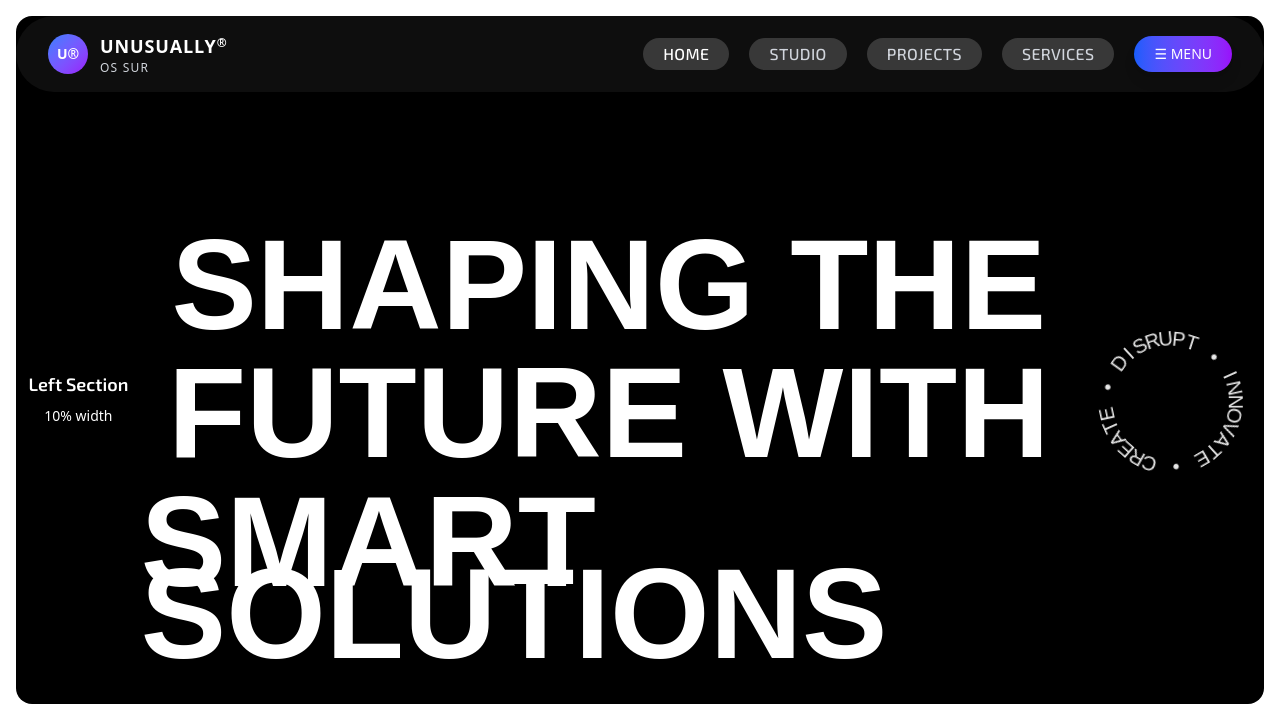
Repository: A-y-u-s-h-29/Digital-Express-India-With-Carrer-Page-And-RazorPay
Page: / (app in op/)
These files come from the project's save history. The page is drawn as it stood at one moment and after the next save; the edit follows.
The browser window is 1280 px wide. The pictures show the whole page.
Some web fonts or font styles are not loaded; a fallback is used. The project was rebuilt for these pictures with package versions that can differ from the ones it lists, and the page was loaded fresh each time. Also part of the build but not shown: op/vite.config.js.

Above is the page before, as saved 2025-12-04 15:29:01.

### op/index.html
<!doctype html>
<html lang="en">
  <head>
    <meta charset="UTF-8" />
    <link rel="icon" type="image/svg+xml" href="/vite.svg" />
    <meta name="viewport" content="width=device-width, initial-scale=1.0" />
    <link rel="preconnect" href="https://fonts.googleapis.com">
<link rel="preconnect" href="https://fonts.gstatic.com" crossorigin>
<link href="https://fonts.googleapis.com/css2?family=Alan+Sans:wght@300..900&family=Big+Shoulders:opsz,wght@10..72,100..900&family=Exo+2:ital,wght@0,100..900;1,100..900&family=Montserrat:ital,wght@0,100..900;1,100..900&family=Orbitron:wght@400..900&family=Poppins:ital,wght@0,100;0,200;0,300;0,400;0,500;0,600;0,700;0,800;0,900;1,100;1,200;1,300;1,400;1,500;1,600;1,700;1,800;1,900&family=Rajdhani:wght@300;400;500;600;700&display=swap" rel="stylesheet">
<link rel="preconnect" href="https://fonts.googleapis.com">
<link rel="preconnect" href="https://fonts.gstatic.com" crossorigin>
<link href="https://fonts.googleapis.com/css2?family=Alan+Sans:wght@300..900&family=Big+Shoulders:opsz,wght@10..72,100..900&family=Exo+2:ital,wght@0,100..900;1,100..900&family=Montserrat:ital,wght@0,100..900;1,100..900&family=Orbitron:wght@400..900&family=Poppins:ital,wght@0,100;0,200;0,300;0,400;0,500;0,600;0,700;0,800;0,900;1,100;1,200;1,300;1,400;1,500;1,600;1,700;1,800;1,900&family=Rajdhani:wght@300;400;500;600;700&display=swap" rel="stylesheet">
    <title>op</title>
  </head>
  <body>
    <div id="root"></div>
    <script type="module" src="/src/main.jsx"></script>
  </body>
</html>

### op/src/index.css
@import "tailwindcss";
*{
  box-sizing: border-box;
}
.big {
  font-family: "Big Shoulders", sans-serif;

  font-style: normal;
}
.exo {
  font-family: "Exo 2", sans-serif;

  font-style: normal;
}

### op/src/App.jsx
import React from 'react'
import Home from './components/Home'

function App() {
  return (
   <>
   <Home/>


   </>
  )
}

export default App

### op/src/components/Home.jsx
import React from "react";
import Navbar from "./Navbar";
import CircularText from "./CircularText";


function Home() {
  return (
    <div className="w-full max-h-screen lg:h-[120vh] lg:py-4 lg:px-4">
      <div className="rounded-b-4xl lg:rounded-2xl w-full h-full flex flex-col relative overflow-hidden bg-black">
        {/* Transparent Navbar */}
        <div className="relative z-20">
          <Navbar />
        </div>

        {/* Three Column Layout */}
        <div className="flex flex-1 relative z-10 text-white">
          {/* Left Column - 10% width */}
          <div className="w-[10%] flex items-center justify-center">
            <div className="text-white text-center">
              <p className="exo font-semibold text-lg">Left Section</p>
              <p className="text-sm mt-2">10% width</p>
            </div>
          </div>

          {/* Middle Column - 75% width */}
          <div className="w-[75%] flex flex-col justify-center items-center big">
            <div className="w-full h-full flex flex-col">
              {/* Top Row - 40% height */}
              <div className="h-[40%] flex items-end justify-center pb-4">
                <h1 className="text-5xl md:text-9xl leading-tight md:leading-[4.5rem] font-bold text-white drop-shadow-2xl">
                  SHAPING THE
                </h1>
              </div>

              {/* Middle Row - 30% height */}
              <div className="h-[25%] flex items-center justify-center">
                <h1 className="text-5xl md:text-9xl leading-tight lg:leading-[4.5rem] font-bold text-white drop-shadow-2xl">
                  FUTURE WITH
                </h1>
              </div>

              {/* Bottom Row - 30% height */}
              <div className="h-[35%] flex items-start justify-center pt-4">
                <h1 className="text-5xl md:text-9xl leading-tight lg:leading-[4.5rem] font-bold text-white drop-shadow-2xl">
                  SMART SOLUTIONS
                </h1>
              </div>
            </div>
          </div>

          {/* Right Column - 15% width */}
          <div className="w-[15%] flex flex-col justify-center  ">
            {/* Vertical Circular Text */}
            <div className="relative h-full  ">
              <CircularText
                text="INNOVATE • CREATE • DISRUPT • "
                spinDuration={30}
                onHover="speedUp"
                className="text-white/90  big font-light text-xs mt-55 "
              />



              {/* Scroll indicator */}

            </div>


          </div>
        </div>
      </div>
    </div>
  );
}

export default Home;

### op/src/components/Navbar.jsx
import React, { useState, useRef, useEffect } from 'react';
import { gsap } from 'gsap';

function Navbar({ isHomePage = false }) {
  const [isMenuOpen, setIsMenuOpen] = useState(false);
  const menuOverlayRef = useRef(null);
  const mobileMenuRef = useRef(null);

  // Menu items data for the menu overlay
  const menuOverlayItems = [
    { title: 'HOME', number: '01' },
    { title: 'ABOUT', number: '02' },
    { title: 'PROJECTS', number: '03' },
    { title: 'SERVICES', number: '04' },

  ];

  // Menu items for navbar links
  const navMenuItems = [
    { title: 'HOME', color: 'from-blue-500 to-cyan-400' },
    { title: 'STUDIO', color: 'from-purple-500 to-pink-500' },
    { title: 'PROJECTS', color: 'from-green-500 to-emerald-400' },
    { title: 'SERVICES', color: 'from-yellow-500 to-orange-500' },
    { title: 'ABOUT', color: 'from-red-500 to-rose-400' },
    { title: 'CONTACT', color: 'from-indigo-500 to-blue-400' },
  ];

  // Initialize menu as hidden
  useEffect(() => {
    if (menuOverlayRef.current) {
      menuOverlayRef.current.style.display = 'none';
    }
  }, []);

  const handleMenuClick = () => {
    const wasOpen = isMenuOpen;
    setIsMenuOpen(!wasOpen);

    if (!wasOpen) {
      // OPEN MENU ANIMATION - bottom-right से slide in
      if (menuOverlayRef.current) {
        menuOverlayRef.current.style.display = 'flex';

        // Get the menu container
        const menuContainer = menuOverlayRef.current.querySelector('.relative');

        if (menuContainer) {
          // Initial position - off screen bottom-right
          gsap.set(menuContainer, {
            x: '100%',
            y: '100%',
            opacity: 0,
            scale: 0.9,
            transformOrigin: 'bottom right'
          });

          // Animate to position
          gsap.to(menuContainer, {
            x: 0,
            y: 0,
            opacity: 1,
            scale: 1,
            duration: 0.8,
            ease: 'expo.out'
          });

          // Background fade in
          gsap.fromTo(menuOverlayRef.current,
            { opacity: 0 },
            { opacity: 1, duration: 0.4 }
          );

          // Menu items animation (from bottom)
          const menuItems = menuContainer.querySelectorAll('.menu-item');
          gsap.fromTo(menuItems,
            {
              opacity: 0,
              y: 40
            },
            {
              opacity: 1,
              y: 0,
              duration: 0.6,
              stagger: 0.1,
              delay: 0.3,
              ease: 'power3.out'
            }
          );

          // Close button animation
          const closeBtn = menuContainer.querySelector('.close-btn');
          if (closeBtn) {
            gsap.fromTo(closeBtn,
              { opacity: 0, rotation: -45 },
              { opacity: 1, rotation: 0, duration: 0.5, delay: 0.8 }
            );
          }
        }
      }

      // Mobile menu animation
      if (mobileMenuRef.current) {
        gsap.fromTo(
          mobileMenuRef.current,
          { height: 0, opacity: 0 },
          { height: 'auto', opacity: 1, duration: 0.4 }
        );
      }
    } else {
      // CLOSE MENU ANIMATION - bottom-right को slide out
      if (menuOverlayRef.current) {
        const menuContainer = menuOverlayRef.current.querySelector('.relative');

        if (menuContainer) {
          // Menu items exit
          const menuItems = menuContainer.querySelectorAll('.menu-item');
          gsap.to(menuItems,
            {
              opacity: 0,
              y: 20,
              duration: 0.3,
              stagger: 0.05,
              ease: 'power2.in'
            }
          );

          // Close button exit
          const closeBtn = menuContainer.querySelector('.close-btn');
          if (closeBtn) {
            gsap.to(closeBtn, {
              opacity: 0,
              rotation: 45,
              duration: 0.3
            });
          }

          // Menu container slide out to bottom-right
          gsap.to(menuContainer, {
            x: '100%',
            y: '100%',
            opacity: 0,
            scale: 0.9,
            duration: 0.6,
            ease: 'expo.in',
            onComplete: () => {
              if (menuOverlayRef.current) {
                menuOverlayRef.current.style.display = 'none';
              }
            }
          });

          // Background fade out
          gsap.to(menuOverlayRef.current, {
            opacity: 0,
            duration: 0.4
          });
        }
      }

      // Mobile menu exit animation
      if (mobileMenuRef.current) {
        gsap.to(mobileMenuRef.current, {
          height: 0,
          opacity: 0,
          duration: 0.3
        });
      }
    }
  };

  return (
    <>
      {/* Main Navbar */}
      <nav
        className={`w-full px-6 py-4 lg:px-8 lg:py-4 ${isHomePage ? 'bg-transparent' : 'bg-[#0E0E0E]'} rounded-full relative z-50`}
      >
        <div className="flex items-center justify-between">
          {/* Logo/Brand Section */}
          <div className="flex items-center">
            <div className="w-10 h-10 rounded-full bg-gradient-to-br from-blue-500 to-purple-600 flex items-center justify-center mr-3">
              <span className="text-white font-bold text-sm">U®</span>
            </div>
            <div className="flex flex-col">
              <span className="text-white font-bold text-lg tracking-wider">UNUSUALLY<sup className="text-xs">®</sup></span>
              <span className="text-gray-300 text-xs tracking-widest">OS SUR</span>
            </div>
          </div>

          <div className='flex items-center gap-5'>
            {/* Desktop Navigation Links */}
            <div className="hidden md:flex items-center space-x-5 exo text-md">
              {navMenuItems.slice(0, 4).map((item, index) => (
                <a
                  key={index}
                  href="#"
                  className={`text-gray-300 font-medium tracking-wide hover:text-white transition-colors duration-300 bg-[#383838] px-5 py-1 rounded-full ${item.title === 'HOME' ? 'text-white' : ''}`}
                >
                  {item.title}
                </a>
              ))}
            </div>

            {/* Menu Button */}
            <button
              onClick={handleMenuClick}
              className="px-5 py-2 bg-gradient-to-r from-blue-600 to-purple-600 text-white text-sm font-medium rounded-full hover:from-blue-700 hover:to-purple-700 transition-all duration-300 shadow-lg hover:shadow-xl relative z-50"
            >
              {isMenuOpen ? '✕ CLOSE' : '☰ MENU'}
            </button>

            {/* Mobile Menu Button (Hamburger) */}
            <button
              onClick={handleMenuClick}
              className="ml-4 md:hidden relative z-50"
            >
              <div className={`w-6 h-0.5 bg-white mb-1.5 transition-all duration-300 ${isMenuOpen ? 'rotate-45 translate-y-2' : ''}`}></div>
              <div className={`w-6 h-0.5 bg-white mb-1.5 transition-all duration-300 ${isMenuOpen ? 'opacity-0' : ''}`}></div>
              <div className={`w-6 h-0.5 bg-white transition-all duration-300 ${isMenuOpen ? '-rotate-45 -translate-y-2' : ''}`}></div>
            </button>
          </div>
        </div>

        {/* Mobile Menu Dropdown */}
        <div
          ref={mobileMenuRef}
          className="md:hidden mt-4 pt-4 border-t border-gray-800 overflow-hidden"
          style={{ height: '0px' }}
        >
          <div className="flex flex-col space-y-4">
            {navMenuItems.map((item, index) => (
              <a
                key={index}
                href="#"
                className={`text-gray-300 font-medium py-2 hover:text-white transition-colors ${item.title === 'HOME' ? 'text-white' : ''}`}
              >
                {item.title}
              </a>
            ))}
          </div>
        </div>
      </nav>

      {/* Fullscreen Menu Overlay */}
      <div
        ref={menuOverlayRef}
        className="fixed inset-0  z-40 hidden items-end justify-end px-4 rounded-2xl "
      >
        {/* Menu Container - Image के according simple design */}
        <div
          className="relative h-[70vh] w-[45vw] bg-white  rounded-4xl overflow-hidden shadow-2xl transform-gpu "
          style={{
            transformOrigin: 'bottom right'
          }}
        >
          {/* Simple Header with Brand */}
          <div className="absolute top-8 left-8">
            <div className="flex items-center space-x-3">

              <div>

              </div>
            </div>
          </div>



          {/* Main Content Area - Center aligned like image */}
          <div className="h-full flex flex-col justify-center items-center px-12 ">
            {/* Menu Items - Single Column, Large text like image */}
            <div className="w-full  space-y-2">
              {menuOverlayItems.map((item, index) => (
                <a
                  key={index}
                  href="#"
                  className="menu-item group relative block w-full"
                >
                  <div className="flex items-center justify-between">
                    {/* Title - Left side */}
                    <div className="relative overflow-hidden p-0.5">
                      <h3 className="text-black font-extrabold text-5xl lg:text-7xl  exo tracking-tight opacity-90  group-hover:opacity-100 transition-all duration-500">
                        {item.title}
                      </h3>
                      {/* Underline animation */}

                    </div>

                    {/* Number in parentheses - Right side */}
                    <div className="text-gray-500 text-3xl lg:text-4xl font-light group-hover:text-white transition-colors duration-500">
                      ({item.number})
                    </div>
                  </div>
                </a>
              ))}
            </div>


          </div>


        </div>
      </div>
    </>
  );
}

export default Navbar;

### op/src/components/CircularText.jsx
import React, { useEffect } from 'react';
import { motion, useAnimation, useMotionValue } from 'framer-motion';

const CircularText = ({
  text = 'Circular Text Animation • ',
  spinDuration = 20,
  onHover = 'speedUp',
  className = '',
}) => {
  const letters = Array.from(text);
  const controls = useAnimation();
  const rotation = useMotionValue(0);

  const getRotationTransition = (duration, from, loop = true) => ({
    from,
    to: from + 360,
    ease: 'linear',
    duration,
    type: 'tween',
    repeat: loop ? Infinity : 0,
  });

  const getTransition = (duration, from) => ({
    rotate: getRotationTransition(duration, from),
    scale: {
      type: 'spring',
      damping: 20,
      stiffness: 300,
    },
  });

  useEffect(() => {
    const start = rotation.get();
    controls.start({
      rotate: start + 360,
      scale: 1,
      transition: getTransition(spinDuration, start),
    });
  }, [spinDuration, text, onHover, controls, rotation]);

  const handleHoverStart = () => {
    const start = rotation.get();

    if (!onHover) return;

    let transitionConfig;
    let scaleVal = 1;

    switch (onHover) {
      case 'slowDown':
        transitionConfig = getTransition(spinDuration * 2, start);
        break;
      case 'speedUp':
        transitionConfig = getTransition(spinDuration / 4, start);
        break;
      case 'pause':
        transitionConfig = {
          rotate: { type: 'spring', damping: 20, stiffness: 300 },
          scale: { type: 'spring', damping: 20, stiffness: 300 },
        };
        break;
      case 'goBonkers':
        transitionConfig = getTransition(spinDuration / 20, start);
        scaleVal = 0.8;
        break;
      default:
        transitionConfig = getTransition(spinDuration, start);
    }

    controls.start({
      rotate: start + 360,
      scale: scaleVal,
      transition: transitionConfig,
    });
  };

  const handleHoverEnd = () => {
    const start = rotation.get();
    controls.start({
      rotate: start + 360,
      scale: 1,
      transition: getTransition(spinDuration, start),
    });
  };

  return (
    <div className="flex min-h-[400px] items-center justify-center rounded-lg">
      <motion.div
        className={`relative m-0 mx-auto h-[160px] w-[160px] origin-center cursor-pointer rounded-full text-center font-black text-white ${className}`}
        style={{ rotate: rotation }}
        initial={{ rotate: 0 }}
        animate={controls}
        onMouseEnter={handleHoverStart}
        onMouseLeave={handleHoverEnd}
      >
        {letters.map((letter, i) => {
          const rotationDeg = (360 / letters.length) * i;
          const factor = Math.PI / letters.length;
          const x = factor * i;
          const y = factor * i;
          const transform = `rotateZ(${rotationDeg}deg) translate3d(${x}px, ${y}px, 0)`;

          return (
            <span
              key={i}
              className="absolute  inset-0 inline-block text-xl transition-all duration-500 ease-out"
              style={{
                transform: transform,
                WebkitTransform: transform
              }}
            >

              {letter}
            </span>
          );
        })}

      </motion.div>
    </div>
  );
};

export default CircularText;

Loaded but not shown: op/src/main.jsx (common file)

After the next save:
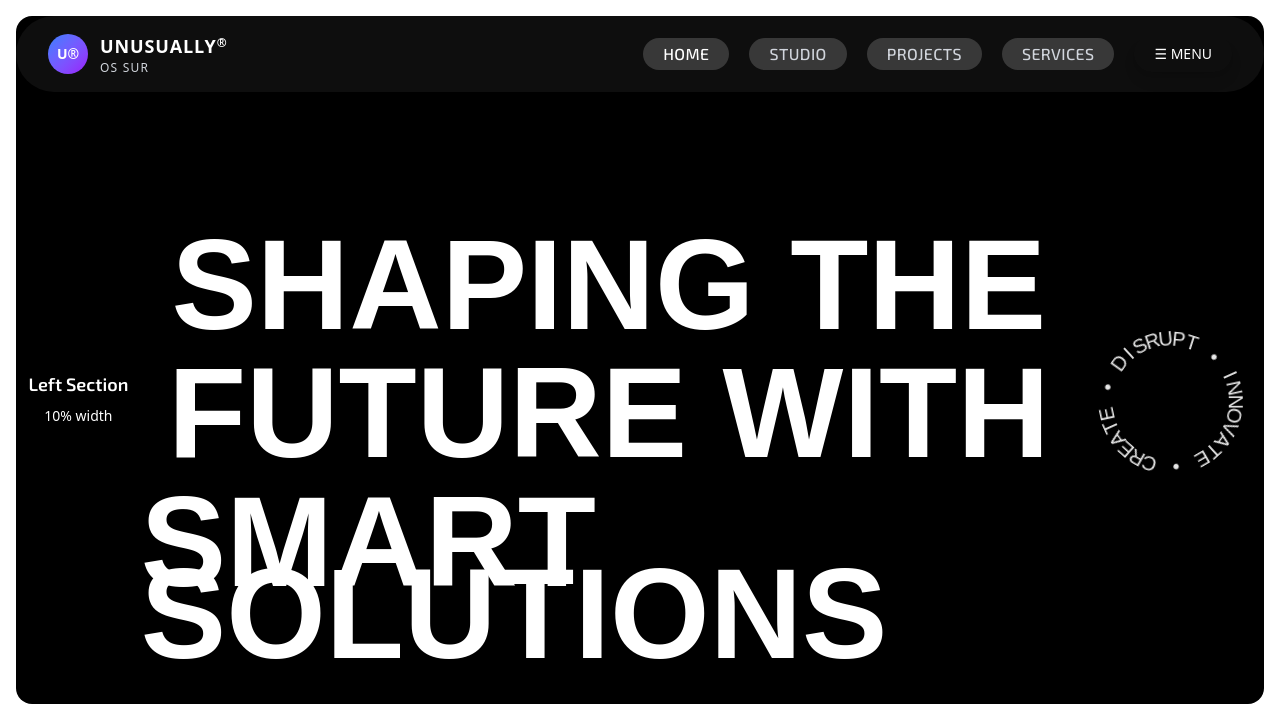
Saved 51 s later.
--- a/op/src/components/Navbar.jsx
+++ b/op/src/components/Navbar.jsx
@@ -203,7 +203,7 @@ function Navbar({ isHomePage = false }) {
             {/* Menu Button */}
             <button
               onClick={handleMenuClick}
-              className="px-5 py-2 bg-gradient-to-r from-blue-600 to-purple-600 text-white text-sm font-medium rounded-full hover:from-blue-700 hover:to-purple-700 transition-all duration-300 shadow-lg hover:shadow-xl relative z-50"
+              className="px-5 py-2  text-white text-sm font-medium rounded-full hover:from-blue-700 hover:to-purple-700 transition-all duration-300 shadow-lg hover:shadow-xl relative z-50"
             >
               {isMenuOpen ? '✕ CLOSE' : '☰ MENU'}
             </button>
